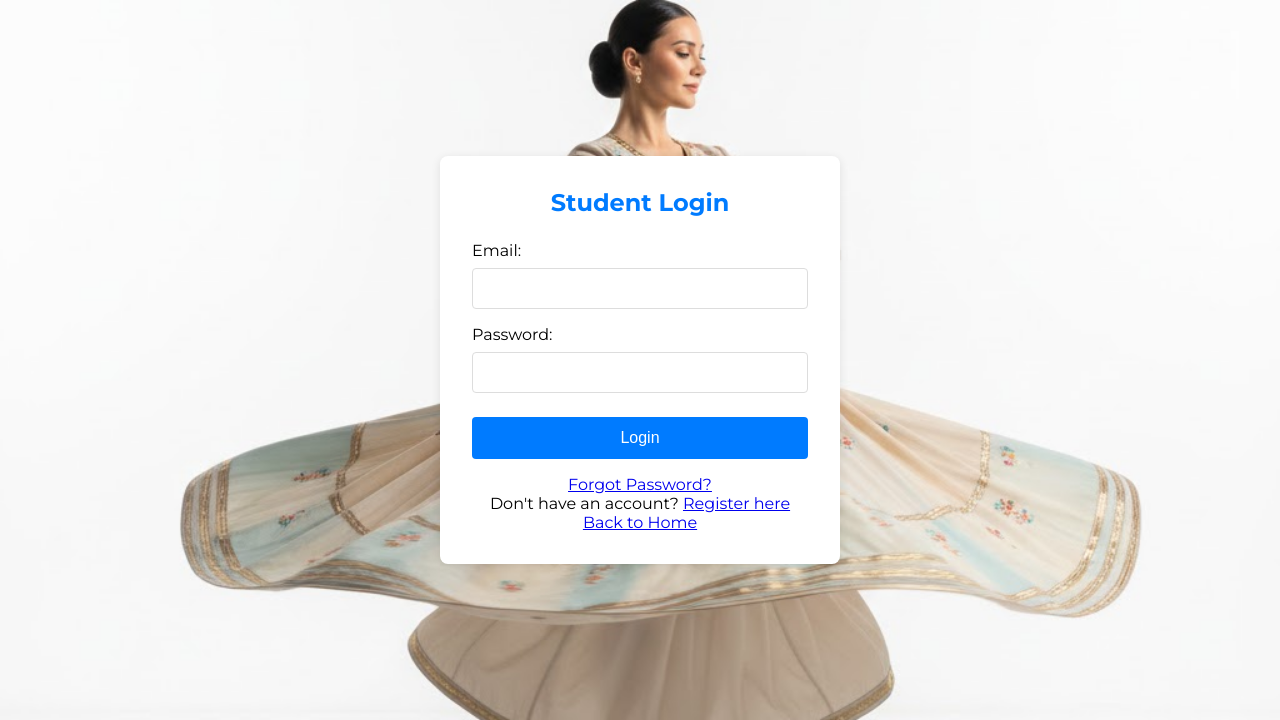
Repository: Priyadharshini-J-CSE/StepSync_Dance_Mangement_System
Page: /user-login (app in frontend/)
The author's editor kept a copy of each file at every save. The page is drawn from the files as they stood at one save, then again after the next save.
The browser window is 1280 px wide. The pictures show the whole page.
Some web fonts or font styles are not loaded; a fallback is used. Some web libraries are served in a nearby version. The project was rebuilt for these pictures with package versions that can differ from the ones it lists, and the page was loaded fresh each time. Also part of the build but not shown: frontend/src/index.css, frontend/src/pages/LandingPage.js, frontend/src/components/Alert.js, frontend/src/pages/AdminLogin.js, frontend/src/utils/passwordValidation.js, frontend/src/pages/UserRegister.js, frontend/src/pages/AdminRegister.js, frontend/src/pages/ForgotPassword.js and 18 more.

Above is the page before, as saved 2025-12-18 09:55:15.

### frontend/public/index.html
<!DOCTYPE html>
<html lang="en">
  <head>
    <meta charset="utf-8" />
    <meta name="viewport" content="width=device-width, initial-scale=1" />
    <title>Zumba Class Management</title>
    <link rel="preconnect" href="https://fonts.googleapis.com">
    <link rel="preconnect" href="https://fonts.gstatic.com" crossorigin>
    <link href="https://fonts.googleapis.com/css2?family=Alumni+Sans+Pinstripe:ital@0;1&family=Anta&family=Josefin+Sans:ital,wght@0,100..700;1,100..700&family=Metamorphous&family=Montserrat:ital,wght@0,100..900;1,100..900&family=Pangolin&family=Roboto:ital,wght@0,100..900;1,100..900&family=Rubik:ital,wght@0,300..900;1,300..900&display=swap" rel="stylesheet">
    <link rel="stylesheet" href="https://cdnjs.cloudflare.com/ajax/libs/font-awesome/6.5.1/css/all.min.css" crossorigin="anonymous">
    <script src="https://kit.fontawesome.com/a076d05399.js" crossorigin="anonymous"></script>
    <style>
      * { margin: 0; padding: 0; box-sizing: border-box; }
      body { font-family: 'Montserrat', sans-serif; }
    </style>
  </head>
  <body>
    <div id="root"></div>
  </body>
</html>

### frontend/src/App.js
import React from 'react';
import { BrowserRouter as Router, Routes, Route, Navigate } from 'react-router-dom';
import { AuthProvider, useAuth } from './context/AuthContext';
import LandingPage from './pages/LandingPage';
import UserLogin from './pages/UserLogin';
import AdminLogin from './pages/AdminLogin';
import UserRegister from './pages/UserRegister';
import AdminRegister from './pages/AdminRegister';
import ForgotPassword from './pages/ForgotPassword';
import AdminDashboard from './pages/admin/AdminDashboard';
import UserDashboard from './pages/user/UserDashboard';

const ProtectedRoute = ({ children, requiredRole }) => {
  const { user, loading } = useAuth();

  if (loading) return <div>Loading...</div>;
  if (!user) return <Navigate to="/" />;
  if (requiredRole && user.role !== requiredRole) return <Navigate to="/" />;

  return children;
};

function App() {
  return (
    <AuthProvider>
      <Router>
        <div style={{ minHeight: '100vh', backgroundColor: '#fff6e9' }}>
          <Routes>
            <Route path="/" element={<LandingPage />} />
            <Route path="/user-login" element={<UserLogin />} />
            <Route path="/admin-login" element={<AdminLogin />} />
            <Route path="/user-register" element={<UserRegister />} />
            <Route path="/admin-register" element={<AdminRegister />} />
            <Route path="/forgot-password" element={<ForgotPassword />} />
            <Route
              path="/admin/*"
              element={
                <ProtectedRoute requiredRole="admin">
                  <AdminDashboard />
                </ProtectedRoute>
              }
            />
            <Route
              path="/user/*"
              element={
                <ProtectedRoute requiredRole="user">
                  <UserDashboard />
                </ProtectedRoute>
              }
            />
          </Routes>
        </div>
      </Router>
    </AuthProvider>
  );
}

export default App;

### frontend/src/context/AuthContext.js
import React, { createContext, useContext, useState, useEffect } from 'react';
import axios from 'axios';

const AuthContext = createContext();

export const useAuth = () => useContext(AuthContext);

export const AuthProvider = ({ children }) => {
  const [user, setUser] = useState(null);
  const [loading, setLoading] = useState(true);

  useEffect(() => {
    const token = localStorage.getItem('token');
    if (token) {
      axios.defaults.headers.common['Authorization'] = `Bearer ${token}`;
      fetchUser();
    } else {
      setLoading(false);
    }
  }, []);

  const fetchUser = async () => {
    try {
      const response = await axios.get('/api/auth/me');
      setUser(response.data);
    } catch (error) {
      localStorage.removeItem('token');
      delete axios.defaults.headers.common['Authorization'];
    }
    setLoading(false);
  };

  const login = async (email, password) => {
    const response = await axios.post('/api/auth/login', { email, password });
    const { token, user } = response.data;

    localStorage.setItem('token', token);
    axios.defaults.headers.common['Authorization'] = `Bearer ${token}`;
    setUser(user);

    return user;
  };

  const register = async (userData) => {
    const response = await axios.post('/api/auth/register', userData);
    const { token, user } = response.data;

    localStorage.setItem('token', token);
    axios.defaults.headers.common['Authorization'] = `Bearer ${token}`;
    setUser(user);

    return user;
  };

  const logout = () => {
    localStorage.removeItem('token');
    delete axios.defaults.headers.common['Authorization'];
    setUser(null);
  };

  const value = {
    user,
    login,
    register,
    logout,
    loading
  };

  return (
    <AuthContext.Provider value={value}>
      {children}
    </AuthContext.Provider>
  );
};

### frontend/src/pages/UserLogin.js
import React, { useState } from 'react';
import { useNavigate, Link } from 'react-router-dom';
import { useAuth } from '../context/AuthContext';
import Alert from '../components/Alert';

const UserLogin = () => {
  const [formData, setFormData] = useState({ email: '', password: '' });
  const [loading, setLoading] = useState(false);
  const [alert, setAlert] = useState(null);
  const { login } = useAuth();
  const navigate = useNavigate();

  const handleSubmit = async (e) => {
    e.preventDefault();
    setLoading(true);

    try {
      const user = await login(formData.email, formData.password);
      if (user.role !== 'user') {
        setAlert({ message: 'Please use admin login portal', type: 'error' });
        setLoading(false);
        return;
      }
      navigate('/user');
    } catch (error) {
      setAlert({ message: error.response?.data?.message || 'Login failed', type: 'error' });
    }
    setLoading(false);
  };

  return (
    <div style={{
      display: 'flex',
      justifyContent: 'center',
      alignItems: 'center',
      minHeight: '100vh',
      backgroundImage: 'url(/image4.png)',
      backgroundSize: 'cover',
      backgroundPosition: 'center',
      backgroundAttachment: 'fixed'
    }}>
      <form onSubmit={handleSubmit} style={{
        backgroundColor: 'white',
        padding: '2rem',
        borderRadius: '8px',
        boxShadow: '0 2px 10px rgba(0,0,0,0.1)',
        width: '400px'
      }}>
        <h2 style={{ textAlign: 'center', marginBottom: '1.5rem', color: '#007bff' }}>
          Student Login
        </h2>

        {alert && <Alert message={alert.message} type={alert.type} onClose={() => setAlert(null)} />}

        <div style={{ marginBottom: '1rem' }}>
          <label style={{ display: 'block', marginBottom: '0.5rem' }}>Email:</label>
          <input
            type="email"
            value={formData.email}
            onChange={(e) => setFormData({...formData, email: e.target.value})}
            required
            style={{
              width: '100%',
              padding: '0.75rem',
              border: '1px solid #ddd',
              borderRadius: '4px'
            }}
          />
        </div>

        <div style={{ marginBottom: '1.5rem' }}>
          <label style={{ display: 'block', marginBottom: '0.5rem' }}>Password:</label>
          <input
            type="password"
            value={formData.password}
            onChange={(e) => setFormData({...formData, password: e.target.value})}
            required
            style={{
              width: '100%',
              padding: '0.75rem',
              border: '1px solid #ddd',
              borderRadius: '4px'
            }}
          />
        </div>

        <button
          type="submit"
          disabled={loading}
          style={{
            width: '100%',
            padding: '0.75rem',
            backgroundColor: '#007bff',
            color: 'white',
            border: 'none',
            borderRadius: '4px',
            cursor: 'pointer',
            fontSize: '16px'
          }}
        >
          {loading ? 'Logging in...' : 'Login'}
        </button>

        <div style={{ textAlign: 'center', marginTop: '1rem' }}>
          <p><Link to="/forgot-password">Forgot Password?</Link></p>
          <p>Don't have an account? <Link to="/user-register">Register here</Link></p>
          <p><Link to="/">Back to Home</Link></p>
        </div>
      </form>
    </div>
  );
};

export default UserLogin;

Loaded but not shown: frontend/src/index.js (common file)

After the next save:
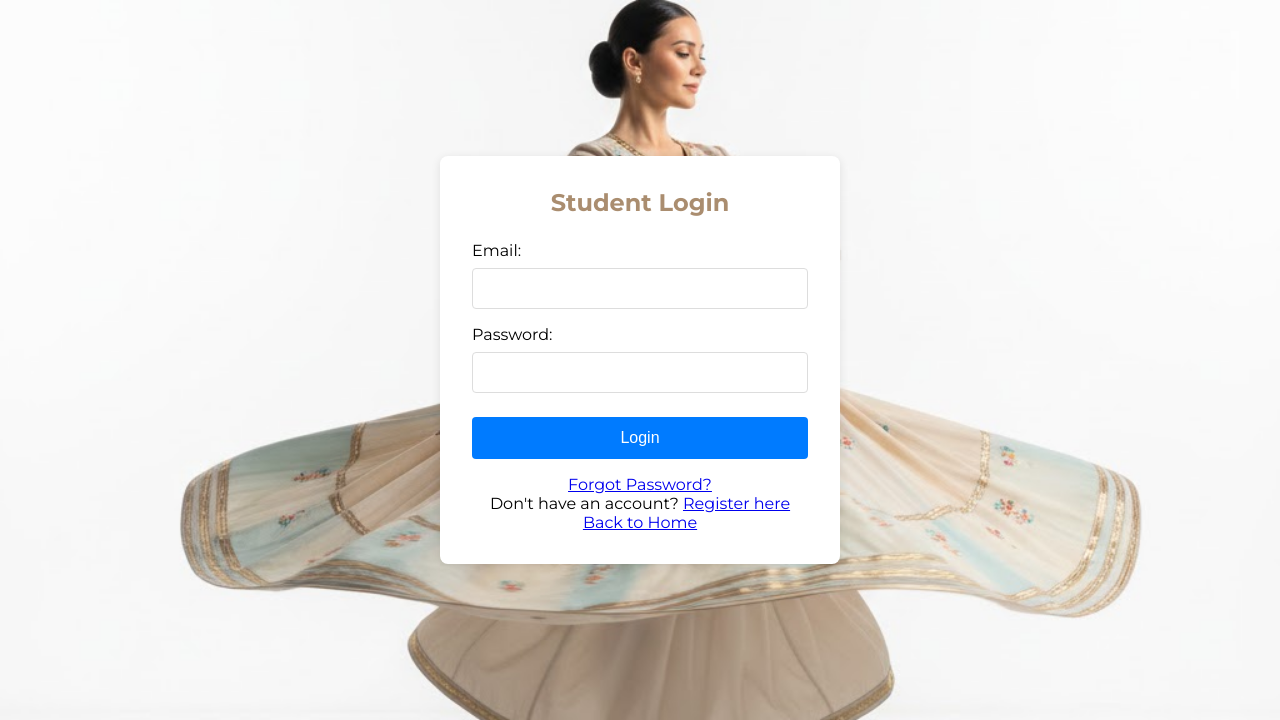
Saved 5 s later.
--- a/frontend/src/pages/UserLogin.js
+++ b/frontend/src/pages/UserLogin.js
@@ -46,7 +46,7 @@ const UserLogin = () => {
         boxShadow: '0 2px 10px rgba(0,0,0,0.1)',
         width: '400px'
       }}>
-        <h2 style={{ textAlign: 'center', marginBottom: '1.5rem', color: '#007bff' }}>
+        <h2 style={{ textAlign: 'center', marginBottom: '1.5rem', color: '#aa8d6f' }}>
           Student Login
         </h2>
 
